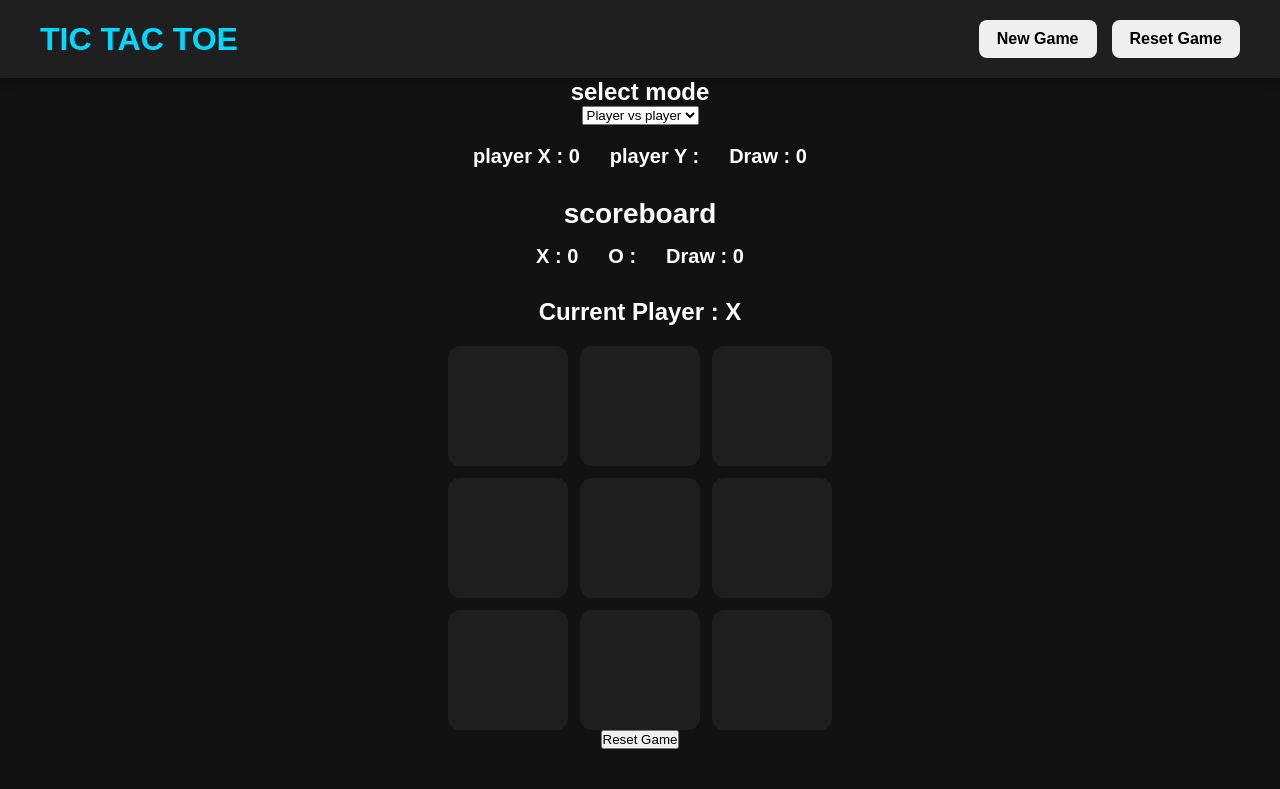
Repository: sristigupta04/tic-tac-toe
Page: / (app in tic-tac-toe/)
The author's editor kept a copy of each file at every save. The page is drawn from the files as they stood at one save, then again after the next save.
The browser window is 1280 px wide. The pictures show the whole page.
The project was rebuilt for these pictures with package versions that can differ from the ones it lists, and the page was loaded fresh each time. Also part of the build but not shown: tic-tac-toe/vite.config.js.

Above is the page before, as saved 2026-05-28 03:35:48.

After the next save:
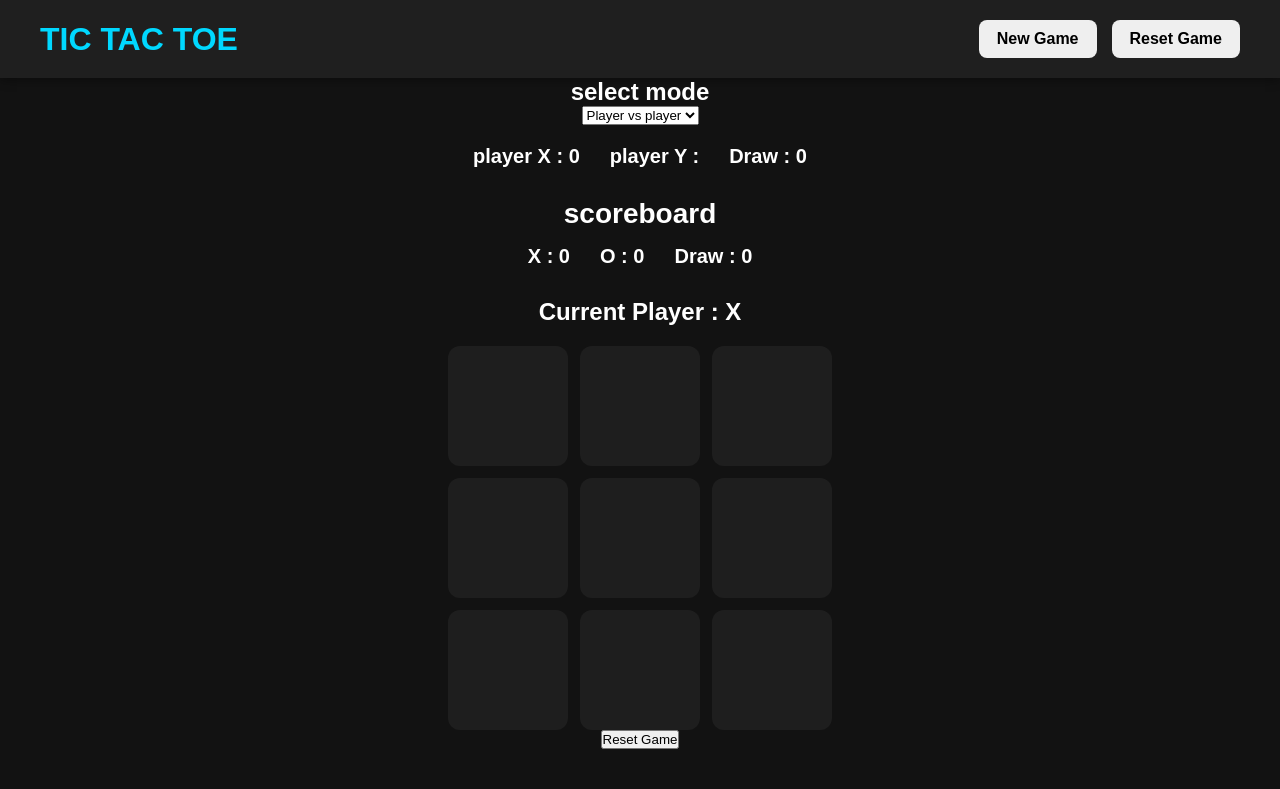
Saved 29 s later.
--- a/tic-tac-toe/src/components/GameBoard.jsx
+++ b/tic-tac-toe/src/components/GameBoard.jsx
@@ -23,7 +23,7 @@ function GameBoard() {
    <div className="score">
          <p>X : {score.X}</p>
 
-               <p>O : {score.O}</p>
+               <p>O : {score.Y}</p>
 
                <p>Draw : {score.draw}</p>
 
